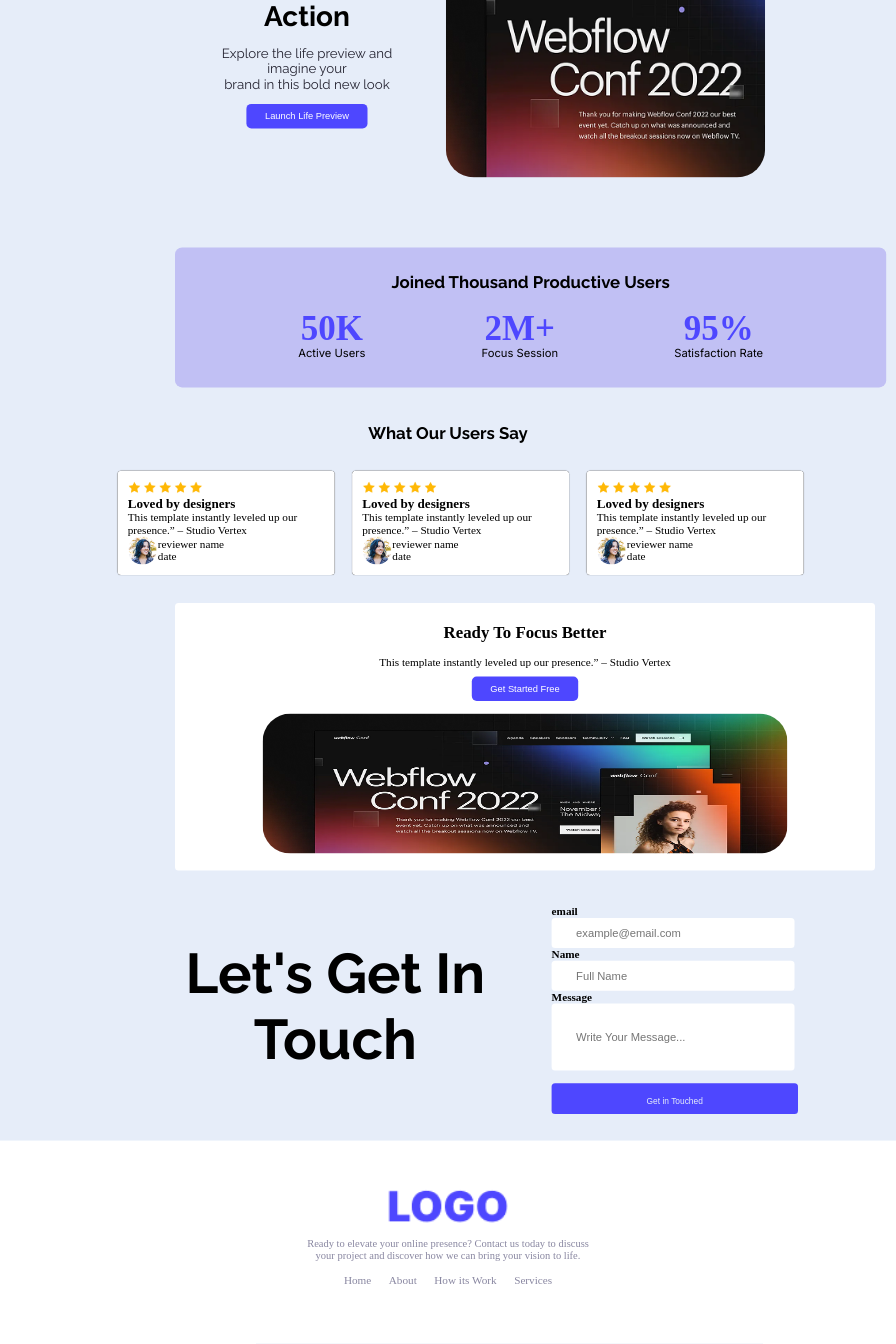
Repository: dollyrakhe22/landing-launchpad
Page: index.html
These files come from the project's save history. The page is drawn as it stood at one moment and after the next save; the edit follows.
The browser window is 1280 px wide. The pictures show the part of the page from y = 718 to 2638 px (the page is 2638 px tall), at 70% of full size.

Above is the page before, as saved 2025-07-11 15:29:26.

### index.html
<!DOCTYPE html>
<html lang="en">
<head>
    <meta charset="UTF-8">
    <meta name="viewport" content="width=device-width, initial-scale=1.0">
    <title>Landing Launchpad</title>
    <link rel="preconnect" href="https://fonts.googleapis.com">
    <link rel="preconnect" href="https://fonts.googleapis.com">
<link rel="preconnect" href="https://fonts.gstatic.com" crossorigin>
<link href="https://fonts.googleapis.com/css2?family=Inter:ital,opsz,wght@0,14..32,100..900;1,14..32,100..900&family=Open+Sans:ital,wght@0,300..800;1,300..800&family=Raleway:ital,wght@0,100..900;1,100..900&display=swap" rel="stylesheet">
    <link rel="stylesheet" href="style.css">
   </head>
   <body>
    <header>

        <nav>
         <h2 class="inter-normal">LOGO</h2>
            <a href="#"><button class="btn">sign up</button></a>
        </nav>
        <div class="banner-section">
             <h1 class="raleway-normal" >Cool Dark UI Template for <br>Webflow Agencies</h1><br>
            <a href=""><button class="button-container">stay focused</button></a>
        </div>
    </header>
    <main>
           <!--action-container--->
           <div class="section-1">
            <div class="action-text">
                <h3 class="raleway-normal">See It in Action</h3><br>
                <p class="raleway-normal " >Explore the life preview and imagine your<br>brand in this bold new look</p><br>
                 <a href=""><button class="button-container">Launch Life Preview</button></a>
                 </div>
                <div>
                     <img src="Assets/wc-mini.png" weight="90%"height="100%"
                     alt="" srcset="">
                </div>
            </div>
           <!--Users-Section-->
           <section class="users-container">
            <h1 class="raleway-normal">Joined Thousand Productive Users</h1>
            <div class="contain">
                 <div>
                <h1>50K</h1>
                <p class="inter-normal">Active Users</p>
            </div>
            <div>
                <h1>2M+</h1>
                <p class="inter-normal">Focus Session</p>
            </div>
            <div>
                <h1>95%</h1>
                <p class="inter-normal">Satisfaction Rate</p>
            </div>
            </div>


           </section>
            <!--Review-Card-->
            <section class="review-card">
                <h1 class="raleway-normal">What Our Users Say</h1>
                <div class="review-box">


                    <div class="box-1">
                 <div class="stars">
                   <img src="Assets/icon-star.png" alt="" srcset="">
                   <img src="Assets/icon-star.png" alt="" srcset="">
                   <img src="Assets/icon-star.png" alt="" srcset="">
                   <img src="Assets/icon-star.png" alt="" srcset="">
                   <img src="Assets/icon-star.png" alt="" srcset="">
                </div>
                <h3>Loved by designers</h3>
                <p>This template instantly leveled up our<br> presence.” – Studio Vertex</p>
                <div class="avater">
                <div class="user-details">
                    <img src="Assets/avatar.png" alt="" srcset="">

                <p>reviewer name<br>date</p>

                </div>
                </div>

               </div>

                <div class="box-1">
                     <div class="stars">
                   <img src="Assets/icon-star.png" alt="" srcset="">
                   <img src="Assets/icon-star.png" alt="" srcset="">
                   <img src="Assets/icon-star.png" alt="" srcset="">
                   <img src="Assets/icon-star.png" alt="" srcset="">
                   <img src="Assets/icon-star.png" alt="" srcset="">
                </div>
                <h3>Loved by designers</h3>
                <p>This template instantly leveled up our<br> presence.” – Studio Vertex</p>
                <div class="avater">
                <div class="user-details">
                    <img src="Assets/avatar.png" alt="" srcset="">

                <p>reviewer name<br>date</p>

                </div>
                </div>
                </div>



                <div class="box-1">
                         <div class="stars">
                   <img src="Assets/icon-star.png" alt="" srcset="">
                   <img src="Assets/icon-star.png" alt="" srcset="">
                   <img src="Assets/icon-star.png" alt="" srcset="">
                   <img src="Assets/icon-star.png" alt="" srcset="">
                   <img src="Assets/icon-star.png" alt="" srcset="">
                </div>
                <h3>Loved by designers</h3>
                <p>This template instantly leveled up our<br> presence.” – Studio Vertex</p>
                <div class="avater">
                <div class="user-details">
                    <img src="Assets/avatar.png" alt="" srcset="">

                <p>reviewer name<br>date</p>

                </div>
                </div>
                </div>
                </div>
            </section>
<!--Focus-Section-->
<section class="focus-container">
        <div>
            <h1>Ready To Focus Better</h1>
            <p>This template instantly leveled up our presence.” – Studio Vertex</p>
            <a href=""><button class="button-container">Get Started Free</button></a>
        </div>
        <br>
        <div>
            <img src="Assets/wc-big.png" alt="" srcset="">
        </div>





</section>

<section>
 <div>
    <div class="lets">
        <h1 class="raleway-normal">Let's Get In<br>Touch</h1>
  <div class="wrapper">
    <div class="input-data">
        <h4>email</h4>
        <input type="email" placeholder="example@email.com"><br>
       <h4>Name</h4>
       <input type="name" placeholder="Full Name"><br>
          <h4>Message</h4>
        <input type="text" placeholder="Write Your Message..." class="input-message"><br><br>
          <input type="button" value="Get in Touched" class="input-button">

    </div>

  </div>
    </div>
 </div>
</section>
    </main>
<!--Footer-Section-->
    <footer>
<div class="footer-header">

           <div>
            <img src="Assets/LOGO.png" alt="" srcset="" width="170px">
           </div><br>

            <p>Ready to elevate your online presence? Contact us today to discuss<br>
                 your project and discover how we can bring your vision to life.</p><br>

              <div class="footer-list-container">
                 <ul class="list">
                  <li><a href="">Home</a></li>
                  <li><a href="">About</a></li>
                  <li><a href="">How its Work</a></li>
                  <li><a href="">Services</a></li>



                 </ul>
              </div>




</div>

    </footer>
</body>
</html>

### style.css
*{
    padding: 0;
    margin: 0;
}
body{
    background-color:#E6EDF9 ;
}
.inter-normal {
  font-family: "Inter", sans-serif;
  font-optical-sizing: auto;
  font-style: normal;


}


header{
    background-image: url("Assets/Hero-bg.png");


}
/*nav style*/
h2{
    color:#4E47FF;
   font-weight:bolder;
   font-size: 35px;


}



nav{
    display: flex;
    justify-content: space-between;
    padding: 70px;
}
nav button{
    text-decoration: none;
    padding: 10px 25px;
    background-color:#4E47FF ;
    color:white;
    border-radius: 5px;
    border: none;


}
.btn:hover{
    cursor: pointer;
    background-color: rgb(214, 133, 133);
    color: black;
}
.raleway-normal{
  font-family: "Raleway", sans-serif;
  font-optical-sizing: auto;
  font-style: normal;
}
.banner-section{
    text-align: center;
    padding: 90px;
}
.banner-section h1{
    font-weight: bolder;
    font-size: 50px;
}
.button-container{
     padding: 10px 26px;
    background-color:#4E47FF ;
    color:white;
    border-radius: 7px;
    border: none;

}
.button-container:hover{
    cursor: pointer;
    background-color: rgb(214, 133, 133);
    color: black;
}
/*action-container*/

.section-1{
    display: flex;
    justify-content: space-between;
    padding: 50px;
    margin: 190px;
    margin-top: 18px;

}
.action-text{
    text-align: center;
    margin: 50px;
    padding: 20px;
}
.section-1 h3{
    font-size: 40px;
}
.section-1  p{
    color:#252432;
    font-size: 19px;
}
.section-1 img{
    border-radius: 40px;


}
/*Users- Section*/
.users-container{

    text-align: center;
    border: none;
    background-color: #c1c0f4;
    max-width: 996px;
    padding:10px;
    margin: 0px 0px 0px 250px;
    margin-bottom: 50px;
    margin-top: -140px;
    border-radius: 10px;


}
.users-container{
    width: 100%;
    height: 180px;
}
.users-container h1{
    line-height: 50px;
    padding-top: 15px;

}
.contain{
    display: flex;
    justify-content: center;
    justify-content: space-evenly;
    margin-bottom: 30px;



}
.contain h1{
    color: #4E47FF ;
    font-weight: bold;
    font-size: 50px;

}
/*Review-Card*/

   .box-1{
    border: none;
    width:280px;
    padding: 20px;
    margin-right: 5px;
    background-color:#ffff;
    border-radius: 5px;
    box-shadow: 0px 0px 1px 0px;
    padding: 15px;

   }
.review-box{
    display: flex;
    justify-content: center;
    gap: 20px;
    margin: 40px 0px 40px 40px;


}


.review-card h1{
    text-align: center;
}
.user-details img{
    border-radius: 50%;
}
.user-details{
    display: flex;
    align-items: center;
    gap:2px;
}

/*Focus-Section*/
.focus-container{
    text-align: center;
    margin-bottom: 50px;
    border: none;
    margin-left: 250px;
    padding: 20px 10px 20px 10px;
    width: 980px;
    background-color:#ffff ;
    border-radius: 5px;



}
.focus-container h1 {
    line-height: 45px;
}
.focus-container p{
    line-height: 40px;
}
.focus-container img{
    width: 750px;
    height: 200px;
    border-radius: 40px;
}
.lets{
    display: flex;
    justify-content: center;
    margin-bottom: 40px;
    margin: 48px 170px;
    justify-content: space-evenly;
}
.lets h1{
        text-align: center;
        margin: 50px;
        font-size: 80px;
        font-weight: bold;
}
.wrapper .input-data{
    height: 0px;
    width: 100%;
}
input{
    width: 100%;
    border: none;
    height: 7px;
    font-size: 16px;
    outline: none;
    padding: 18px 35px;
    border-radius: 5px;
    background-color: #ffff;
}
.input-message{
    height: 60px;
    width: 100%;
    border: none;
     background-color: #ffff;

}
.input-button{
    background-color: #4E47FF;
    padding-bottom: 26px;
    width:127%;
    color:#E6EDF9;
    font-size: 12px;


}
/*--footer-Section--*/
footer{
         height: 290px;
         background-color:#ffff ;

}

footer p{
    color: #8987A1;
    font-size: 15px;
}
.footer-header{
    text-align: center;
    padding: 70px;

}
.footer-list-container ul li{
        list-style: none;
        text-decoration: none;
        display: flex;
        justify-content: center;

}
.footer-list-container ul li a{
    text-decoration: none;
    color: #8987A1;


}
.footer-list-container .list{
    display: flex;
    justify-content: center;
    gap: 25px;

}

After the next save:
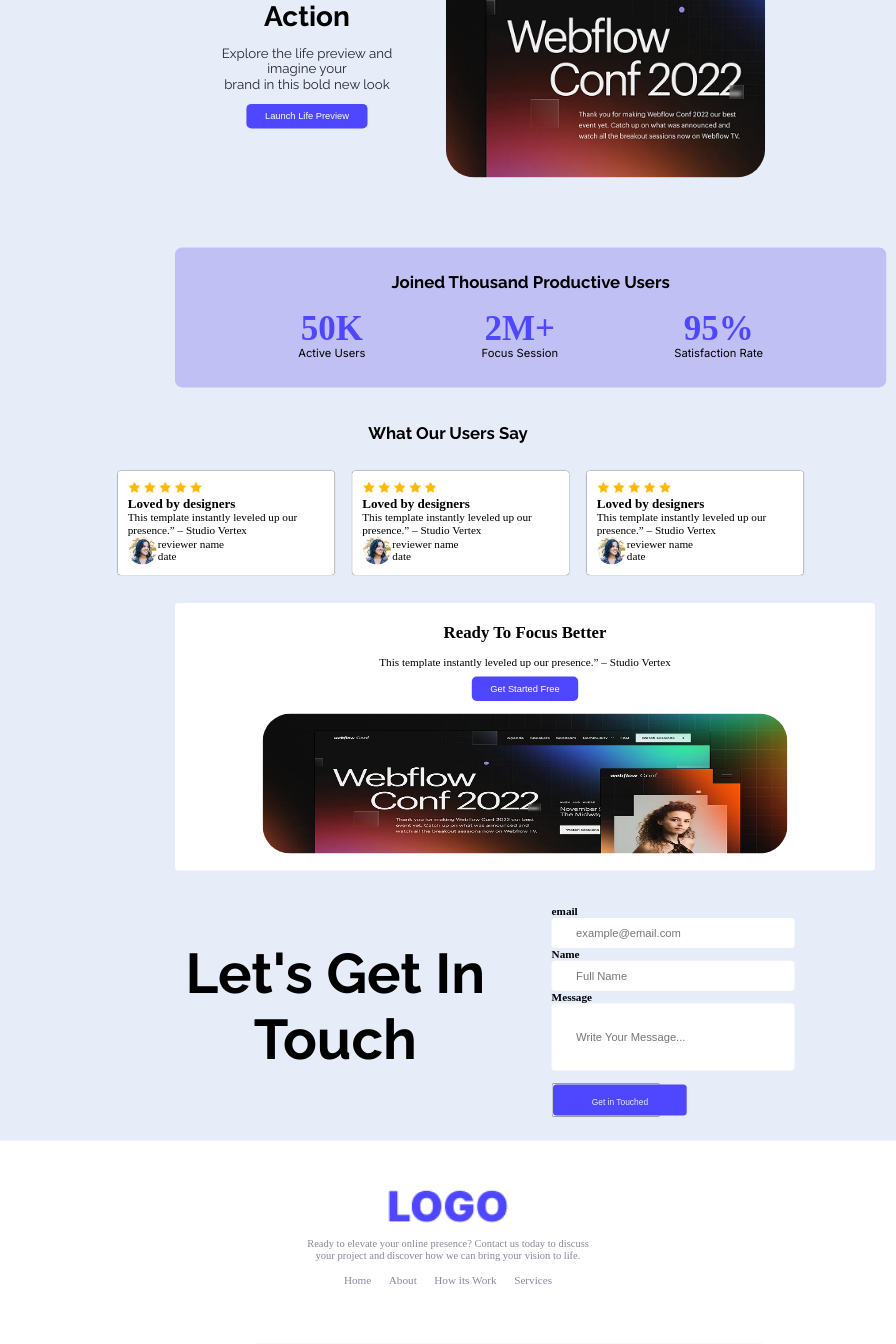
Saved 106 s later.
--- a/index.html
+++ b/index.html
@@ -155,7 +155,8 @@
        <input type="name" placeholder="Full Name"><br>
           <h4>Message</h4>
         <input type="text" placeholder="Write Your Message..." class="input-message"><br><br>
-          <input type="button" value="Get in Touched" class="input-button">
+        <button> <input type="button" value="Get in Touched" class="input-button"></button>
+
 
     </div>
 

After the 2 saves that followed:
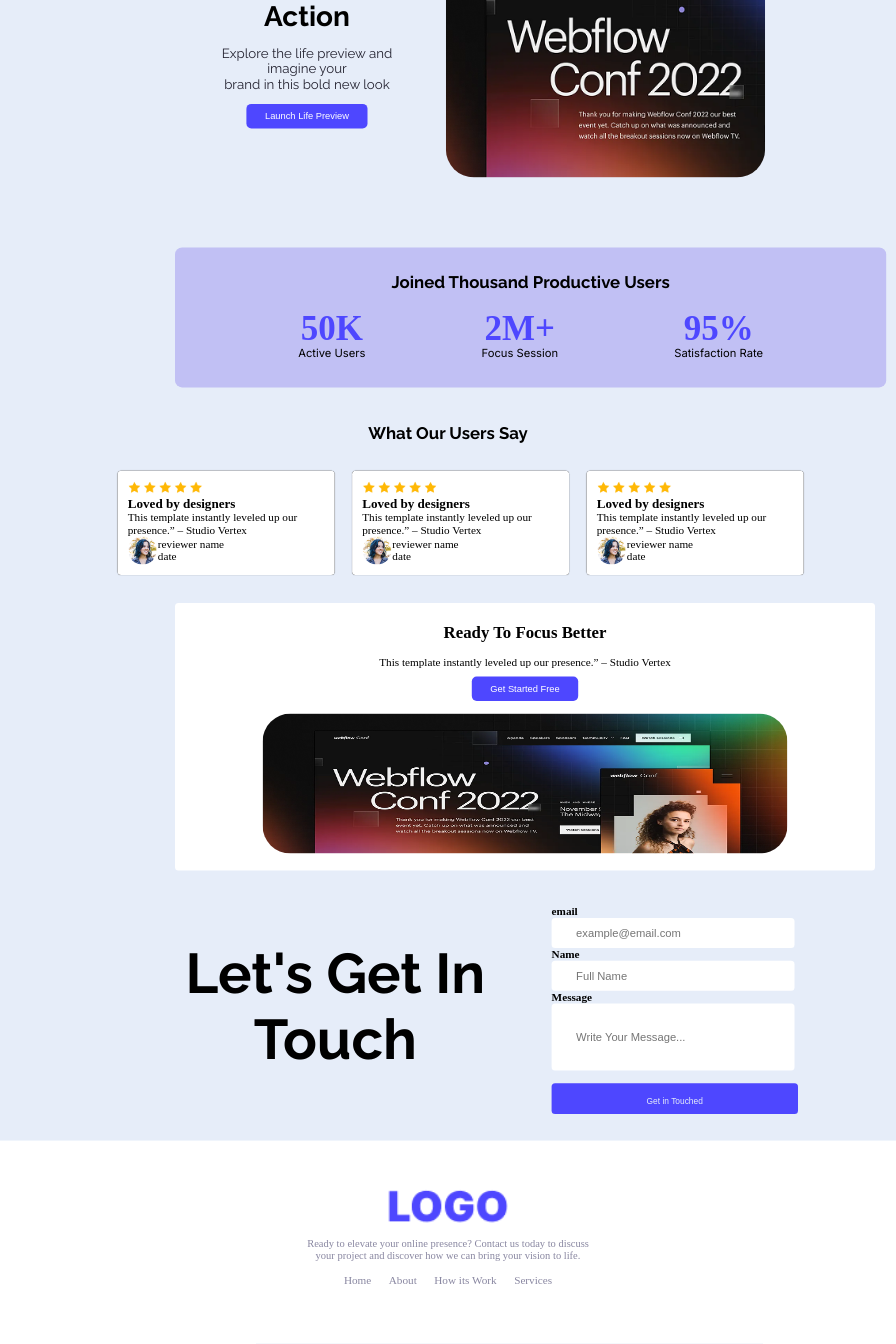
The 2 saves are shown as one change because 1 left the picture as it was.
The last was saved 3 min 21 s later.
--- a/index.html
+++ b/index.html
@@ -155,7 +155,7 @@
        <input type="name" placeholder="Full Name"><br>
           <h4>Message</h4>
         <input type="text" placeholder="Write Your Message..." class="input-message"><br><br>
-        <button> <input type="button" value="Get in Touched" class="input-button"></button>
+         <input type="button" value="Get in Touched" class="input-button">
 
 
     </div>
--- a/style.css
+++ b/style.css
@@ -236,6 +236,12 @@
      background-color: #ffff;
 
 }
+
+.input-type:hover{
+    cursor: pointer;
+    background-color: rgb(214, 133, 133);
+    color: black;
+}
 .input-button{
     background-color: #4E47FF;
     padding-bottom: 26px;
